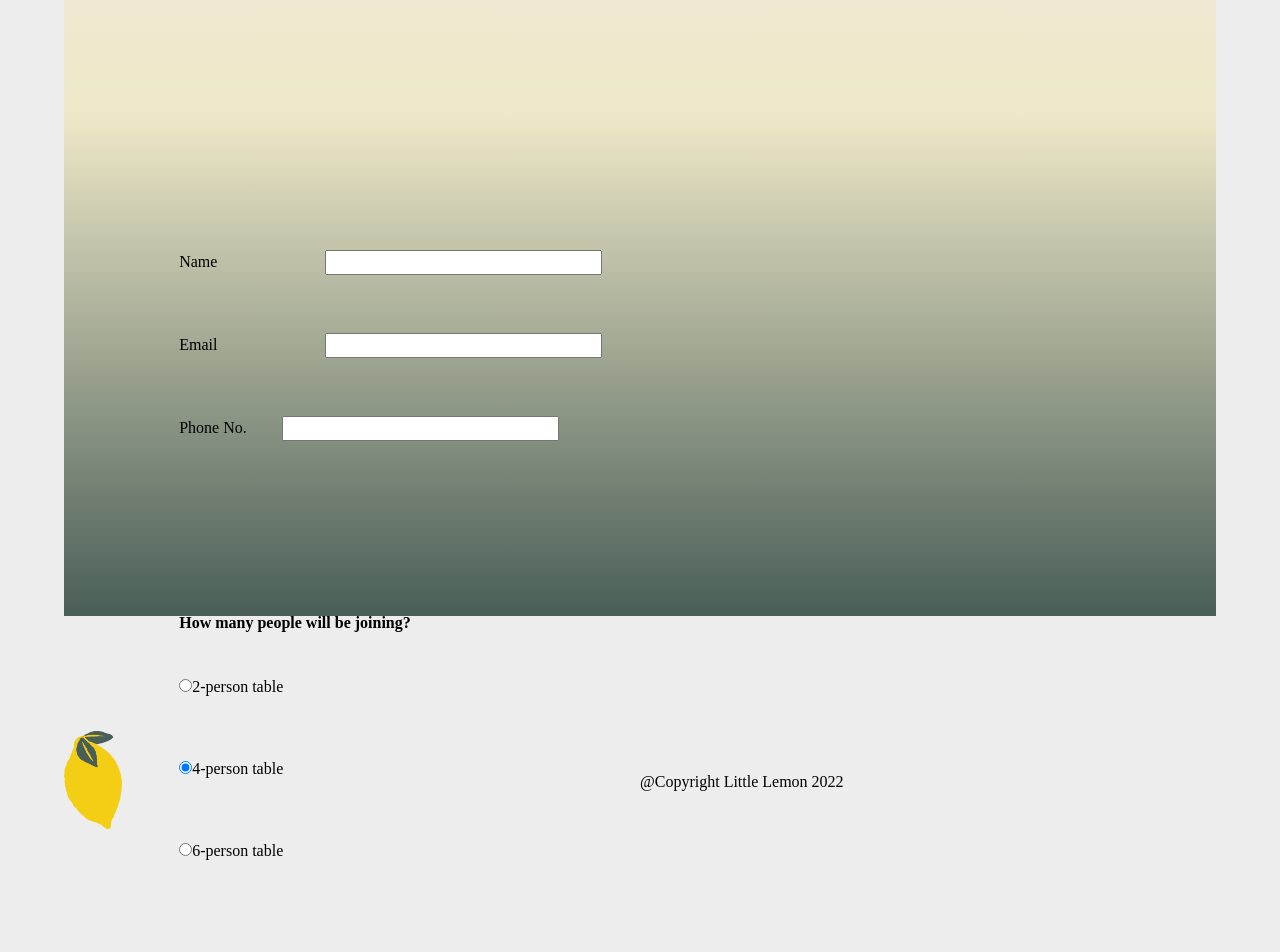
Repository: klone007/littleLemon
Page: index.html
An editor plug-in stored every save of this project. The page is shown before and after a run of saves, followed by the edit.
The browser window is 1280 px wide. The pictures show the part of the page from y = 3351 to 4303 px (the page is 4425 px tall before and 4418 px after).
A picture or video elsewhere on the page could not be fetched, so the positions and the page height are approximate. Backgrounds fixed to the window are drawn as part of the page.

Above is the page before, as saved 2022-11-17 13:32:13.

After the next 3 saves:
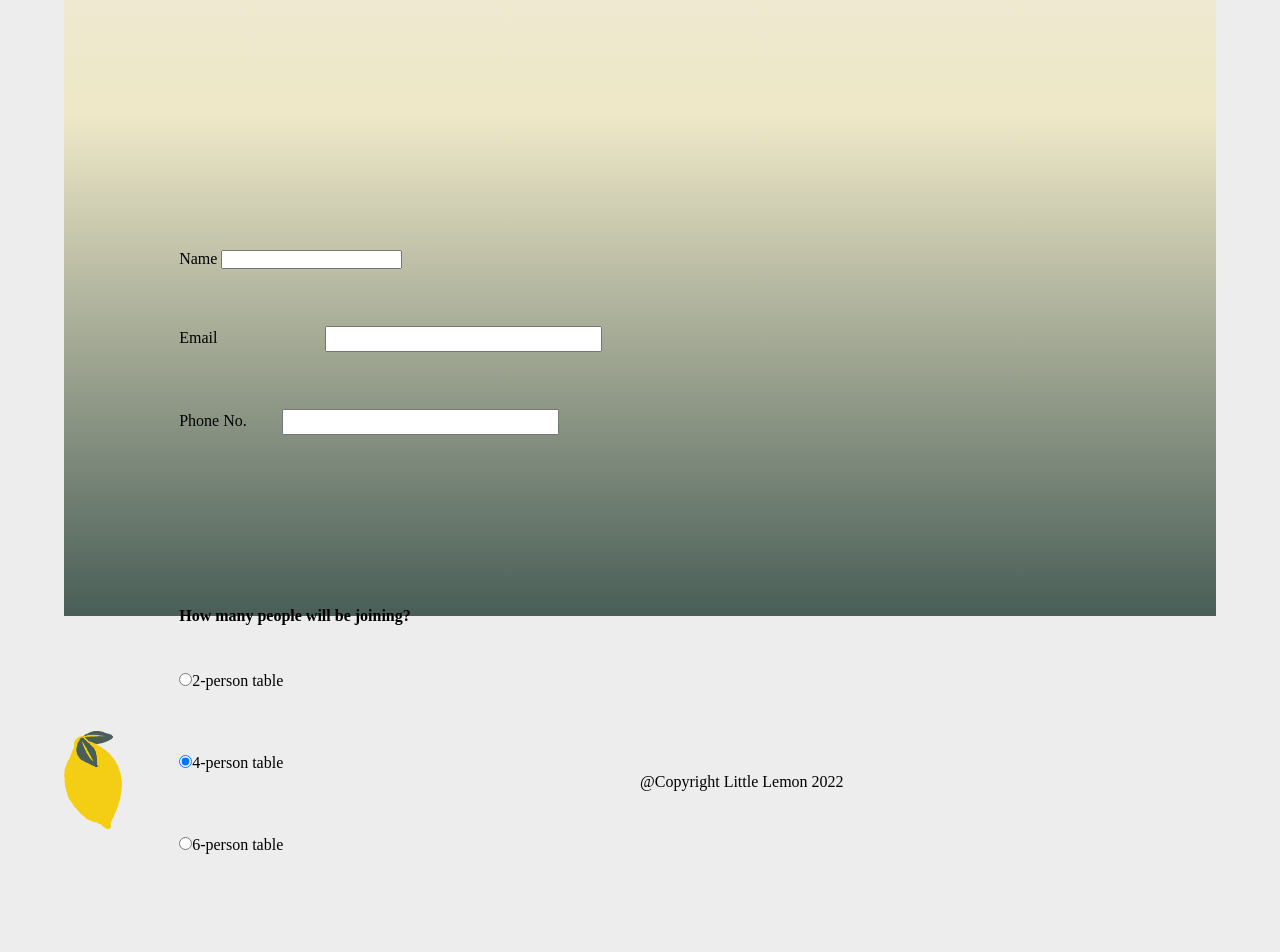
The 3 saves are shown as one change because they came seconds apart.
The last was saved 11 s later.
--- a/styles.css
+++ b/styles.css
@@ -514,6 +514,7 @@
     margin-left:-10% ;
 }
 
+#size
 
 #user_Name{
     margin-left:10%;

After the 3 saves that followed:
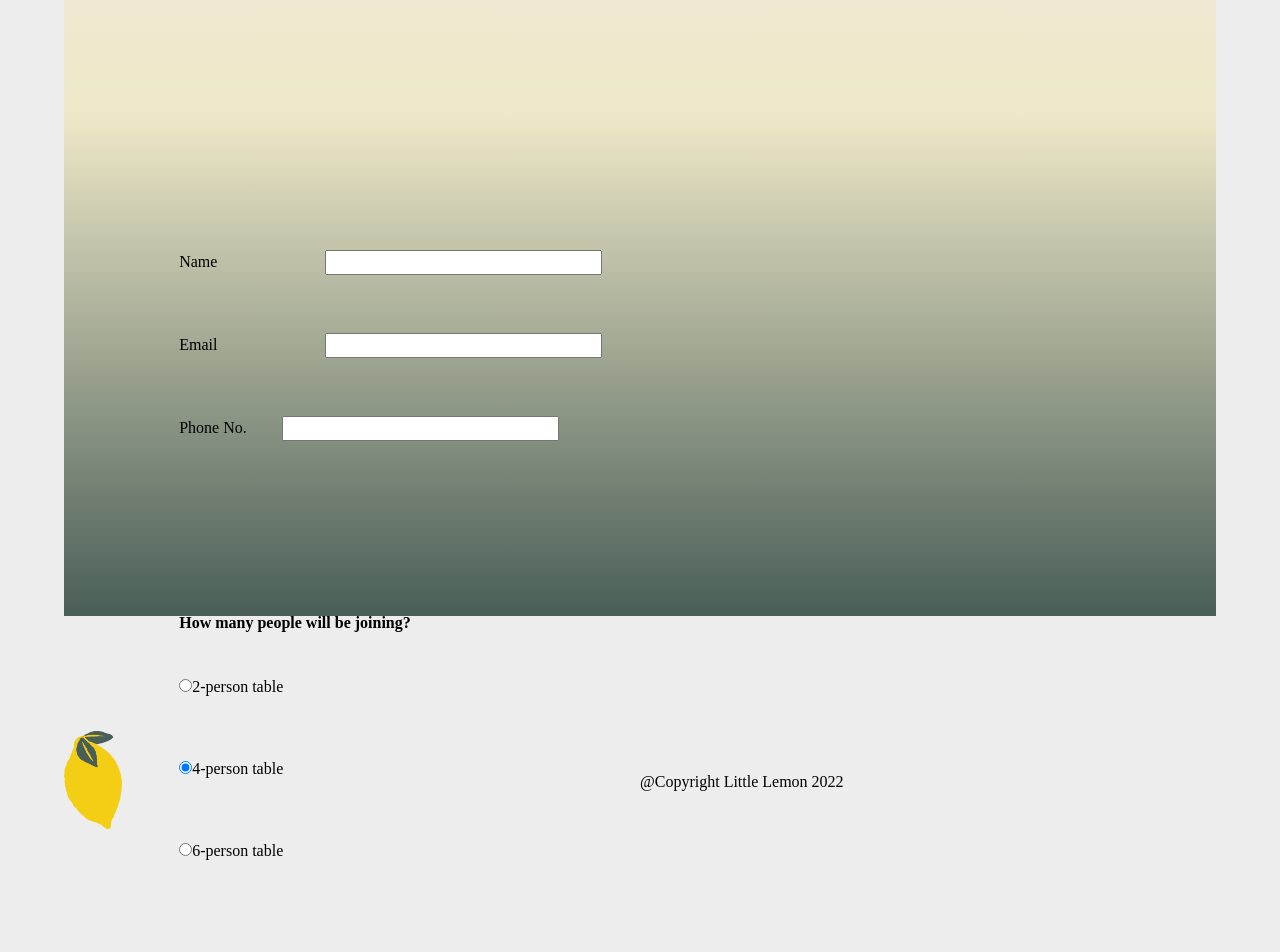
The 3 saves are shown as one change because they came seconds apart.
The last was saved 14 s later.
--- a/styles.css
+++ b/styles.css
@@ -514,7 +514,9 @@
     margin-left:-10% ;
 }
 
-#size
+#size input {
+
+}
 
 #user_Name{
     margin-left:10%;
